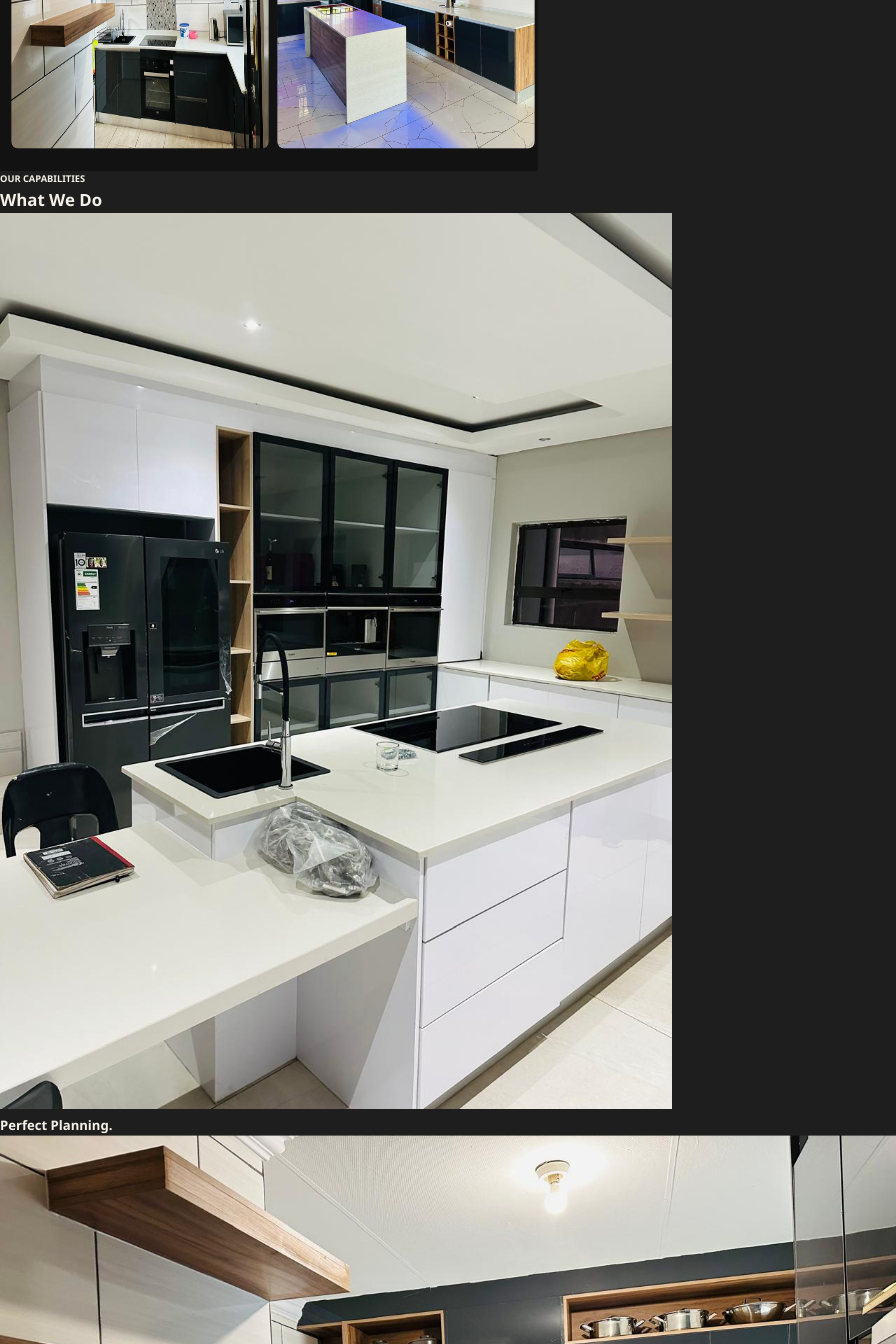
Repository: VallowEvido/Mark-SonsProjects
Page: home.html
An editor plug-in stored every save of this project. The page is shown before and after a run of saves, followed by the edit.
The browser window is 768 px wide. The page is 1280 px wide, then 768 px, so the pictures cover 1280 px, including what lies to the right of the window. The pictures show the part of the page from y = 3355 to 5275 px (the page is 8290 px tall before and 5025 px after), at 70% of full size.

Above is the page before, as saved 2025-07-17 16:01:25.

### home.html
<!DOCTYPE html>
<html lang="en">
<head>
  <meta charset="UTF-8" />
  <meta name="viewport" content="width=device-width, initial-scale=1" />
  <title>Home Interior - Carpentry</title>
  <link rel="stylesheet" href="styles.css" />
  <link rel="stylesheet" href="https://cdnjs.cloudflare.com/ajax/libs/font-awesome/6.4.0/css/all.min.css" />
</head>
<body>
  <nav>
    <div class="logo">Mark&Sons Projects</div>
    <ul>
      <li><a href="#" class="active">Home</a></li>
      <li><a href="#">About</a></li>
      <li><a href="#">Services</a></li>
      <li><a href="#">Projects</a></li>
      <li><a href="#">Blog</a></li>
      <li><a href="#">Contact</a></li>
    </ul>
  </nav>

  <section class="hero">
    <div class="hero-content">
      <h1>Good Design for Stylish Living.<br />Make your home Modern.</h1>
      <p>We provide quality carpentry and interior design services to make your home beautiful and functional.</p>
      <a href="#services" class="btn">Our Services</a>
    </div>
  </section>

  <section id="services" class="services">
    <div class="service-card">
      <div class="service-icon"><i class="fas fa-pencil-alt"></i></div>
      <h3>Custom furniture</h3>
      <p>Handcrafted furniture tailored to your style and needs.</p>
    </div>
    <div class="service-card">
      <div class="service-icon"><i class="fas fa-paint-roller"></i></div>
      <h3>Home Renovations</h3>
      <p>Expert carpentry for remodeling and home improvement projects.</p>
    </div>
    <div class="service-card">
      <div class="service-icon"><i class="fas fa-bed"></i></div>
      <h3>Wood Repairs</h3>
      <p>Restoring and repairing wooden structures with precision.</p>
    </div>
  </section>

  <section class="why-us">
    <div class="why-us-content">
      <h5>WHY US</h5>
      <h2>We Offer You Professional Designs</h2>
      <p>Whether it's a home renovation, custom furniture, or structural framing, we approach every job with the same commitment to detail and customer satisfaction. Your vision is our blueprint — and we build with care, every step of the way.</p>
      <a href="#" class="btn btn-pink">Read More</a>
    </div>
    <div class="why-us-images">
      <div class="large-image">
        <img src="images/kitchen/IMG-20241116-WA0012.jpg" alt="Interior Design 1" />
      </div>
      <div class="small-images">
        <img src="images/kitchen/IMG-20241116-WA0014.jpg" alt="Interior Design 2" />
        <img src="images/kitchen/IMG-20241116-WA0015.jpg" alt="Interior Design 3" />
      </div>
    </div>
  </section>

  <section class="capabilities">
    <div class="capabilities-header">
      <h5>OUR CAPABILITIES</h5>
      <h2>What We Do</h2>
    </div>
    <div class="capabilities-cards">
      <div class="capability-card">
        <img src="images/kitchen/IMG-20241116-WA0012.jpg" alt="Perfect Planning" />
        <h3>Perfect Planning.</h3>
      </div>
      <div class="capability-card">
        <img src="images/kitchen/IMG-20241116-WA0014.jpg" alt="Perfect Design" />
        <h3>Perfect Design.</h3>
      </div>
      <div class="capability-card">
        <img src="images/kitchen/IMG-20241116-WA0015.jpg" alt="Best Interior" />
        <h3>Best Interior.</h3>
      </div>
      <div class="capability-card">
        <img src="images/kitchen/IMG-20241116-WA0016.jpg" alt="Furniture Design" />
        <h3>Furniture Design.</h3>
      </div>
    </div>
  </section>
</body>
</html>

### styles.css
/* General Reset and Base */
* {
  margin: 0;
  padding: 0;
  box-sizing: border-box;
  font-family: 'Segoe UI', Tahoma, Geneva, Verdana, sans-serif;
}

body {
  background-color: #1e1e1e; /* Dark background */
  color: #f5f1e9; /* Light beige text */
  line-height: 1.6;
}

/* Navigation Bar */
nav {
  background-color: #2c2a29; /* Dark charcoal */
  display: flex;
  justify-content: space-between;
  align-items: center;
  padding: 1rem 3rem;
  position: sticky;
  top: 0;
  z-index: 1000;
}

nav .logo {
  font-size: 1.8rem;
  font-weight: bold;
  color: #d2691e; /* Warm brown */
  letter-spacing: 1px;
}

nav ul {
  list-style: none;
  display: flex;
  gap: 2rem;
}

nav ul li a {
  color: #f5f1e9;
  text-decoration: none;
  font-weight: 600;
  transition: color 0.3s ease;
}

nav ul li a:hover,
nav ul li a.active {
  color: #d2691e; /* Warm brown highlight */
}

/* Hero Section */
.hero {
  background: url('images/kitchen/kich.jpg') no-repeat center center/cover;
  height: 80vh;
  display: flex;
  flex-direction: column;
  justify-content: center;
  align-items: center;
  text-align: center;
  padding: 0 2rem;
  position: relative;
}

.hero::after {
  content: "";
  position: absolute;
  top: 0; left: 0; right: 0; bottom: 0;
  background-color: rgba(44, 42, 41, 0.7); /* Overlay for readability */
  z-index: 1;
}

.hero-content {
  position: relative;
  z-index: 2;
  color: #f5f1e9;
  max-width: 700px;
}

.hero-content h1 {
  font-size: 3rem;
  margin-bottom: 1rem;
  font-weight: 700;
}

.hero-content p {
  font-size: 1.3rem;
  margin-bottom: 2rem;
}

.hero-content .btn {
  background-color: #d2691e;
  color: #f5f1e9;
  padding: 0.75rem 2rem;
  border: none;
  border-radius: 25px;
  font-size: 1rem;
  cursor: pointer;
  font-weight: 600;
  transition: background-color 0.3s ease;
  text-decoration: none;
  display: inline-block;
}

.hero-content .btn:hover {
  background-color: #b35414;
}

/* Services Section */
.services {
  background-color: #2c2a29;
  padding: 4rem 2rem;
  display: flex;
  justify-content: center;
  gap: 2rem;
  flex-wrap: wrap;
}

.service-card {
  background-color: #3a3735;
  padding: 2rem;
  border-radius: 10px;
  width: 280px;
  text-align: center;
  box-shadow: 0 4px 8px rgba(0,0,0,0.3);
  transition: transform 0.3s ease;
}

.service-card:hover {
  transform: translateY(-10px);
}

.service-icon {
  font-size: 2.5rem;
  color: #d2691e;
  margin-bottom: 1rem;
}

.service-card h3 {
  margin-bottom: 1rem;
  font-size: 1.25rem;
  font-weight: 700;
}

.service-card p {
  font-size: 0.95rem;
  margin-bottom: 1.5rem;
  color: #ccc6bb;
}

.service-card a {
  color: #d2691e;
  font-weight: 600;
  text-decoration: none;
  border-bottom: 2px solid transparent;
  transition: border-color 0.3s ease;
}

.service-card a:hover {
  border-color: #d2691e;
}

/* Responsive */
@media (max-width: 900px) {
  .services {
    flex-direction: column;
    align-items: center;
  }
  .service-card {
    width: 90%;
    max-width: 400px;
  }
}

/* WHY US Section */
.why-us {
  background-color: #121212;
  color: #f5f1e9;
  display: flex;
  justify-content: space-between;
  align-items: center;
  padding: 4rem 3rem;
  gap: 2rem;
  flex-wrap: wrap;
}

.why-us-content {
  flex: 1 1 400px;
  max-width: 500px;
}

.why-us-content h5 {
  color: #d2691e;
  font-weight: 700;
  letter-spacing: 2px;
  margin-bottom: 1rem;
  font-size: 1rem;
}

.why-us-content h2 {
  font-size: 2rem;
  margin-bottom: 1.5rem;
  font-weight: 700;
}

.why-us-content p {
  font-size: 1rem;
  margin-bottom: 2rem;
  color: #ccc6bb;
  line-height: 1.5;
}

.why-us-content .btn-pink {
  background-color: #d2691e;
  padding: 0.75rem 1.75rem;
  border-radius: 25px;
  color: #f5f1e9;
  font-weight: 600;
  text-decoration: none;
  display: inline-block;
  transition: background-color 0.3s ease;
}

.why-us-content .btn-pink:hover {
  background-color: #b35414;
}

.why-us-images {
  flex: 1 1 300px;
  display: flex;
  gap: 0.75rem;
  flex-wrap: wrap;
  justify-content: center;
}

.large-image {
  flex: 1 1 50%;
  border-radius: 10px;
  overflow: hidden;
}

.large-image img {
  width: 100%;
  height: auto;
  display: block;
  border-radius: 10px;
}

.small-images {
  flex: 1 1 40%;
  display: flex;
  flex-direction: column;
  gap: 0.75rem;
}

.small-images img {
  width: 100%;
  height: auto;
  border-radius: 10px;
  display: block;
}

/* Responsive */
@media (max-width: 900px) {
  .why-us {
    flex-direction: column;
    padding: 2rem 1rem;
  }
  .why-us-content, .why-us-images {
    max-width: 100%;
    flex: 1 1 100%;
  }
  .large-image, .small-images {
    flex: 1 1 100%;
  }
  .small-images {
    flex-direction: row;
  }
  .small-images img {
    width: 50%;
  }
}

After the next 10 saves:
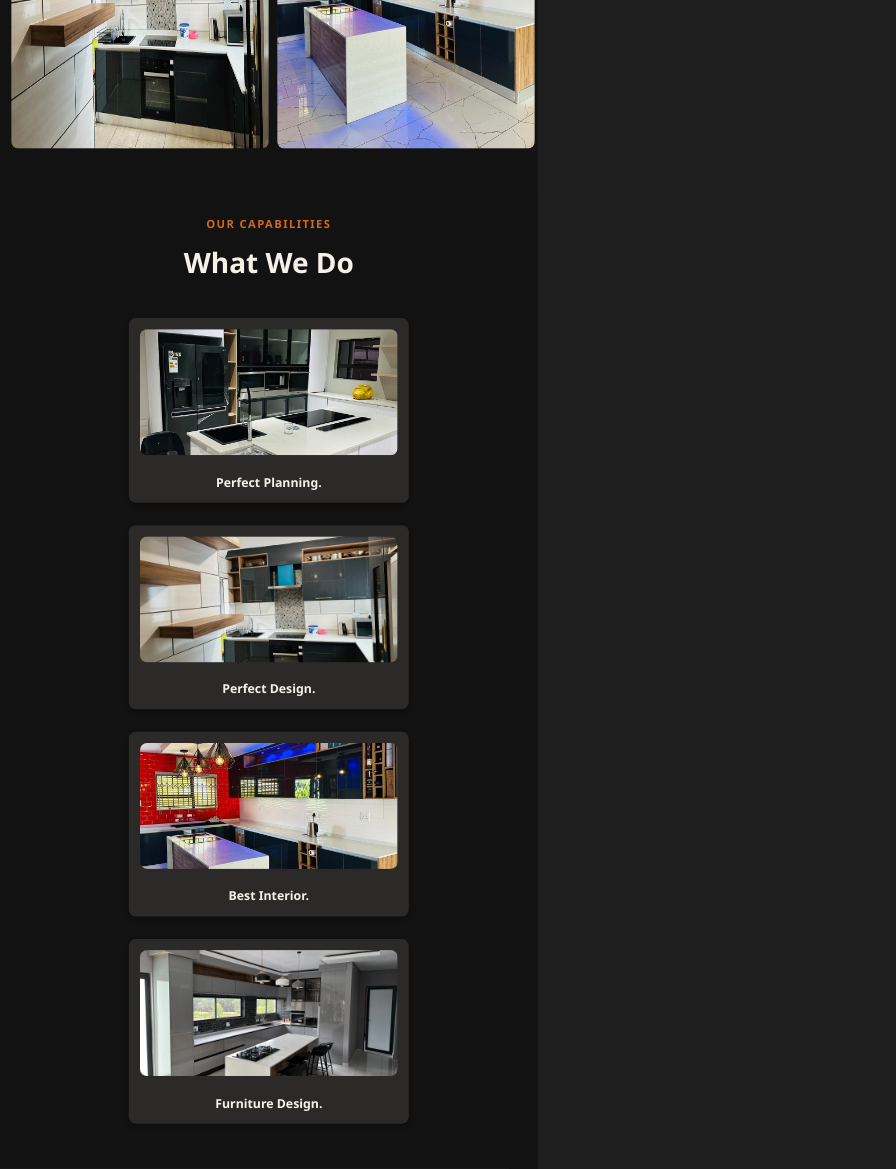
The 10 saves are shown as one change because they came seconds apart.
The last was saved 9 min 57 s later.
--- a/styles.css
+++ b/styles.css
@@ -280,3 +280,72 @@ nav ul li a.active {
     width: 50%;
   }
 }
+
+/* Capabilities Section */
+.capabilities {
+  background-color: #121212;
+  color: #f5f1e9;
+  padding: 4rem 3rem;
+  text-align: center;
+}
+
+.capabilities-header h5 {
+  color: #d2691e;
+  font-weight: 700;
+  letter-spacing: 2px;
+  margin-bottom: 0.5rem;
+  font-size: 1rem;
+}
+
+.capabilities-header h2 {
+  font-size: 2.5rem;
+  margin-bottom: 3rem;
+  font-weight: 700;
+}
+
+.capabilities-cards {
+  display: flex;
+  justify-content: center;
+  gap: 2rem;
+  flex-wrap: wrap;
+}
+
+.capability-card {
+  background-color: #2c2a29;
+  border-radius: 10px;
+  width: 220px;
+  padding: 1rem;
+  box-shadow: 0 4px 8px rgba(0,0,0,0.3);
+  transition: transform 0.3s ease;
+  cursor: pointer;
+}
+
+.capability-card:hover {
+  transform: translateY(-10px);
+}
+
+.capability-card img {
+  width: 100%;
+  height: 180px;
+  object-fit: cover;
+  border-radius: 10px;
+  margin-bottom: 1rem;
+}
+
+.capability-card h3 {
+  font-size: 1.1rem;
+  font-weight: 700;
+  color: #f5f1e9;
+}
+
+/* Responsive */
+@media (max-width: 900px) {
+  .capabilities-cards {
+    flex-direction: column;
+    align-items: center;
+  }
+  .capability-card {
+    width: 90%;
+    max-width: 400px;
+  }
+}
